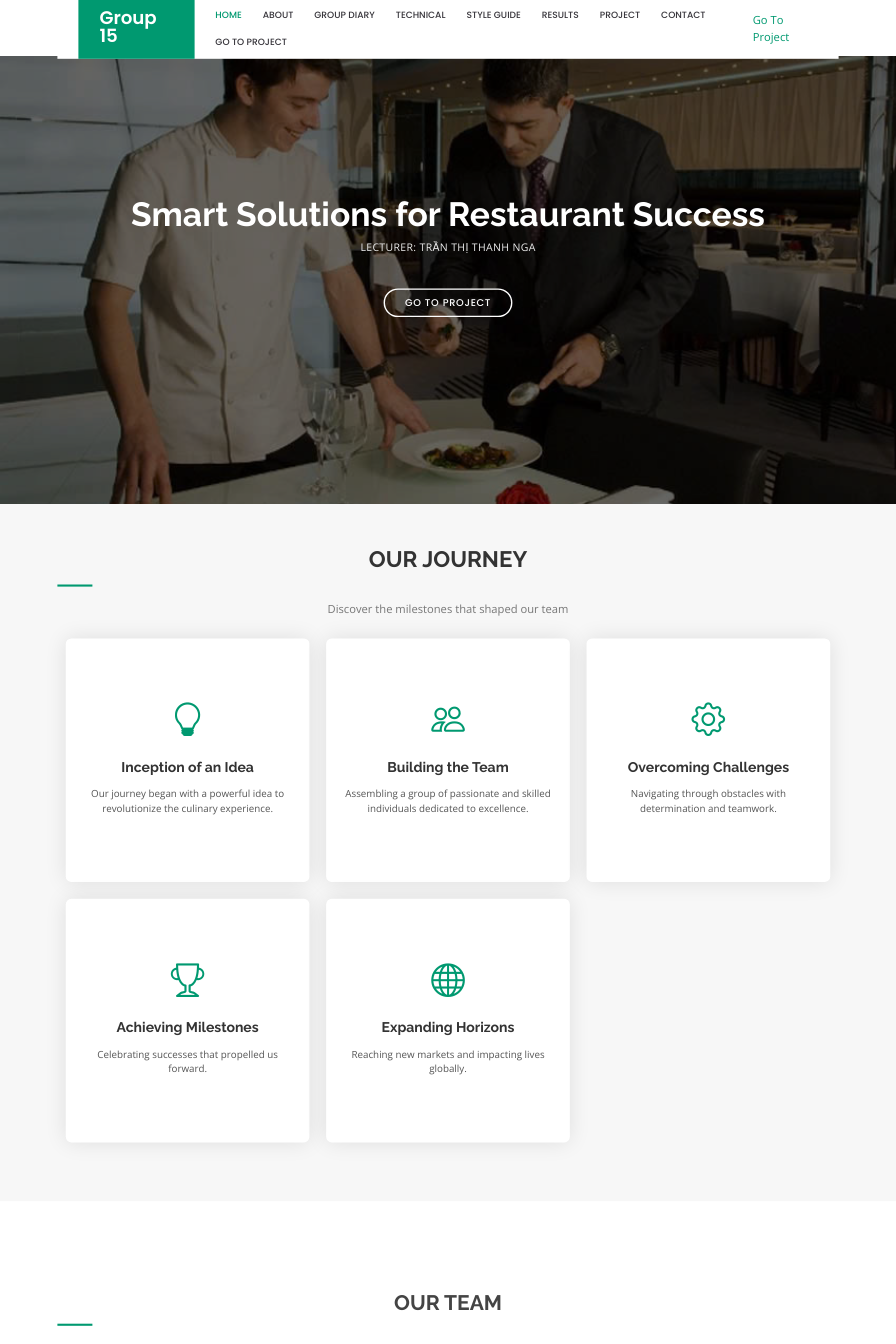
Repository: HoangKhangKhuPho4/Group_Web
Page: index.html
The author's editor kept a copy of each file at every save. The page is drawn from the files as they stood at one save, then again after the next save.
The browser window is 1280 px wide. The pictures show the part of the page from y = 0 to 1920 px (the page is 2787 px tall), at 70% of full size.
Backgrounds fixed to the window are drawn as part of the page.

Above is the page before, as saved 2024-12-06 15:30:47.

### index.html
<!DOCTYPE html>
<html lang="en">
  <head>
    <!-- Google Tag Manager -->
    <script>
      (function (w, d, s, l, i) {
        w[l] = w[l] || [];
        w[l].push({ "gtm.start": new Date().getTime(), event: "gtm.js" });
        var f = d.getElementsByTagName(s)[0],
          j = d.createElement(s),
          dl = l != "dataLayer" ? "&l=" + l : "";
        j.async = true;
        j.src = "https://www.googletagmanager.com/gtm.js?id=" + i + dl;
        f.parentNode.insertBefore(j, f);
      })(window, document, "script", "dataLayer", "GTM-KP2R47JB");
    </script>
    <!-- End Google Tag Manager -->

    <meta name="google-site-verification" content="EO8Nf8U0RywdH3XDIGdBO9ayEUmYV3Sa4KyZ9BoOK-Y" />
    <meta charset="utf-8" />
    <meta content="width=device-width, initial-scale=1.0" name="viewport" />
    <meta name="google-site-verification" content="NlS1kOlcOLN_zi65x2N4-Xf35p3_Yhxgn-Sx0oEMzRE" />

    <title>Group 15</title>
    <meta content="" name="description" />
    <meta content="" name="keywords" />

    <!-- Favicons -->
    <link href="assets/img/favicon.png" rel="icon" />
    <link href="assets/img/apple-touch-icon.png" rel="apple-touch-icon" />

    <!-- Google Fonts -->
    <link
      href="https://fonts.googleapis.com/css?family=Open+Sans:300,300i,400,400i,600,600i,700,700i|Raleway:300,300i,400,400i,500,500i,600,600i,700,700i|Poppins:300,300i,400,400i,500,500i,600,600i"
      rel="stylesheet"
    />

    <!-- Vendor CSS Files -->
    <link href="assets/vendor/aos/aos.css" rel="stylesheet" />
    <link href="assets/vendor/bootstrap/css/bootstrap.min.css" rel="stylesheet" />
    <link href="assets/vendor/bootstrap-icons/bootstrap-icons.css" rel="stylesheet" />
    <link href="assets/vendor/boxicons/css/boxicons.min.css" rel="stylesheet" />
    <link href="assets/vendor/glightbox/css/glightbox.min.css" rel="stylesheet" />
    <link href="assets/vendor/remixicon/remixicon.css" rel="stylesheet" />
    <link href="assets/vendor/swiper/swiper-bundle.min.css" rel="stylesheet" />

    <!-- Template Main CSS File -->
    <link href="assets/css/style.css" rel="stylesheet" />

    <!-- Custom CSS -->
     <style>

     </style>
    <style></style>
  </head>

  <body>
    <!-- Google Tag Manager (noscript) -->
    <noscript>
      <iframe src="https://www.googletagmanager.com/ns.html?id=GTM-KP2R47JB" height="0" width="0" style="display: none; visibility: hidden"></iframe>
    </noscript>
    <!-- End Google Tag Manager (noscript) -->

    <!-- ======= Header ======= -->
    <header id="header" class="fixed-top d-flex align-items-center">
      <div class="container">
        <div class="header-container d-flex align-items-center justify-content-between">
          <div class="logo">
            <h1 class="text-light">
              <a href="index.html"><span>Group 15</span></a>
            </h1>
          </div>

          <nav id="navbar" class="navbar">
            <ul>
              <li><a class="nav-link scrollto active" href="index.html">Home</a></li>
              <li><a class="nav-link scrollto" href="about.html">About</a></li>
              <li><a class="nav-link scrollto" href="groupDiary.html">Group Diary</a></li>
              <li><a class="nav-link scrollto" href="technical.html">Technical</a></li>
              <li><a class="nav-link scrollto" href="styleguide.html">Style Guide</a></li>
              <li><a class="nav-link scrollto" href="results.html">Results</a></li>
              <li><a class="nav-link scrollto" href="project.html">Project</a></li>
              <li><a class="nav-link scrollto" href="contact.html">Contact</a></li>
            </ul>
            <!-- Bọc nút trong div với lớp cta-container -->
            <div class="cta-container">
              <a href="https://hoangkhangkhupho4.github.io/Project_Web/" target="_blank" class="btn-get-started scrollto">
                Go To Project
              </a>
            </div>
          </nav>
          <div class="cta-container">
            <a href="https://hoangkhangkhupho4.github.io/Project_Web/" target="_blank" class="btn-get-started scrollto">
              Go To Project
            </a>
          </div>
          <!-- .navbar -->
        </div>
        <!-- End Header Container -->
      </div>
    </header>
    <!-- End Header -->

    <!-- Bắt đầu phần nội dung chính -->
    <div class="content-wrap">
      <!-- ======= Hero Section ======= -->
      <section id="hero" class="d-flex align-items-center" style="padding-top: 80px">
        <div class="container text-center position-relative" data-aos="fade-in" data-aos-delay="200">
          <h1>Smart Solutions for Restaurant Success</h1>
          <h2>Lecturer: Trần Thị Thanh Nga</h2>
          <!-- Bọc nút trong div với lớp cta-container -->
          <div class="cta-container">
            <a href="https://hoangkhangkhupho4.github.io/Project_Web/" target="_blank" class="btn-get-started scrollto">
              Go To Project
            </a>
          </div>
        </div>
      </section>
      <!-- End Hero -->

      <main id="main">
        <!-- ======= Our Journey Section ======= -->
        <section id="our-team-story" class="our-team-story">
          <div class="container" data-aos="fade-up">
            <div class="section-title text-center">
              <h2>Our Journey</h2>
              <p>Discover the milestones that shaped our team</p>
            </div>

            <div class="story-container">
              <div class="row">
                <!-- Story Item 1 -->
                <div class="col-lg-4 col-md-6 mb-4">
                  <div class="story-item" data-aos="fade-up" data-aos-delay="100">
                    <div class="icon-box">
                      <div class="icon">
                        <i class="bi bi-lightbulb"></i>
                      </div>
                      <h4 class="title">Inception of an Idea</h4>
                      <p class="description">
                        Our journey began with a powerful idea to revolutionize the culinary experience.
                      </p>
                    </div>
                  </div>
                </div>

                <!-- Story Item 2 -->
                <div class="col-lg-4 col-md-6 mb-4">
                  <div class="story-item" data-aos="fade-up" data-aos-delay="200">
                    <div class="icon-box">
                      <div class="icon">
                        <i class="bi bi-people"></i>
                      </div>
                      <h4 class="title">Building the Team</h4>
                      <p class="description">
                        Assembling a group of passionate and skilled individuals dedicated to excellence.
                      </p>
                    </div>
                  </div>
                </div>

                <!-- Story Item 3 -->
                <div class="col-lg-4 col-md-6 mb-4">
                  <div class="story-item" data-aos="fade-up" data-aos-delay="300">
                    <div class="icon-box">
                      <div class="icon">
                        <i class="bi bi-gear"></i>
                      </div>
                      <h4 class="title">Overcoming Challenges</h4>
                      <p class="description">
                        Navigating through obstacles with determination and teamwork.
                      </p>
                    </div>
                  </div>
                </div>

                <!-- Story Item 4 -->
                <div class="col-lg-4 col-md-6 mb-4">
                  <div class="story-item" data-aos="fade-up" data-aos-delay="400">
                    <div class="icon-box">
                      <div class="icon">
                        <i class="bi bi-trophy"></i>
                      </div>
                      <h4 class="title">Achieving Milestones</h4>
                      <p class="description">
                        Celebrating successes that propelled us forward.
                      </p>
                    </div>
                  </div>
                </div>

                <!-- Story Item 5 -->
                <div class="col-lg-4 col-md-6 mb-4">
                  <div class="story-item" data-aos="fade-up" data-aos-delay="500">
                    <div class="icon-box">
                      <div class="icon">
                        <i class="bi bi-globe"></i>
                      </div>
                      <h4 class="title">Expanding Horizons</h4>
                      <p class="description">
                        Reaching new markets and impacting lives globally.
                      </p>
                    </div>
                  </div>
                </div>
              </div>
            </div>
          </div>
        </section>
        <!-- End Our Journey Section -->

        <!-- ======= Our Team Section ======= -->
        <section id="portfolio-details" class="portfolio-details" style="margin-top: 4%">
          <div class="container">
            <div class="section-title text-center">
              <h2 style="font-size: 30px; padding: 15px 30px">
                <b>OUR TEAM</b>
              </h2>
            </div>

            <div class="row gy-4">
              <div class="col-lg-6">
                <div class="portfolio-details-slider swiper">
                  <div class="swiper-wrapper align-items-center">
                    <div class="swiper-slide">
                      <img src="assets/img/portfolio/portfolio-details-1.jpg" alt="" />
                    </div>

                    <div class="swiper-slide">
                      <img src="assets/img/portfolio/portfolio-details-2.jpg" alt="" />
                    </div>

                    <div class="swiper-slide">
                      <img src="assets/img/portfolio/portfolio-details-3.jpg" alt="" />
                    </div>
                  </div>
                  <div class="swiper-pagination"></div>
                </div>
              </div>

              <div class="col-lg-6">
                <div class="portfolio-info">
                  <h3>Group Information</h3>
                  <ul>
                    <li><strong>Group Name</strong>: Group 15</li>
                    <li><strong>Number of Members</strong>: 5 members</li>
                    <li><strong>Specialization</strong>: Information Technology - IT</li>
                    <li><strong>University</strong>: Ho Chi Minh City University of Agriculture and Forestry.</li>
                    <li><strong>Slogan</strong>: "Together we innovate, together we succeed."</li>
                  </ul>
                </div>
              </div>
            </div>
          </div>
        </section>
        <!-- End Our Team Section -->
      </main>
      <!-- End #main -->
    </div>
    <!-- Kết thúc phần nội dung chính -->

    <!-- ======= Footer ======= -->
    <footer id="footer">
      <!-- ... (giữ nguyên nội dung footer) ... -->
      <div class="footer-container">
        <div class="footer-column">
          <h4>About Us</h4>
          <p>
            We are a team of passionate individuals dedicated to delivering the
            best services to our clients. Our mission is to provide innovative
            solutions and exceptional customer service.
          </p>
        </div>
        <div class="footer-column">
          <h4>Useful Links</h4>
          <ul>
            <li><a href="index.html">Home</a></li>
            <li><a href="about.html">About Us</a></li>
            <li><a href="services.html">Services</a></li>
            <li><a href="terms.html">Terms of Service</a></li>
            <li><a href="privacy.html">Privacy Policy</a></li>
          </ul>
        </div>
        <div class="footer-column">
          <h4>Services</h4>
          <ul>
            <li><a href="#">Web Design</a></li>
            <li><a href="#">Web Development</a></li>
            <li><a href="#">Marketing</a></li>
            <li><a href="#">Graphic Design</a></li>
            <li><a href="#">Technical Support</a></li>
          </ul>
        </div>
        <div class="footer-column">
          <h4>Contact Us</h4>
          <p>
            123 ABC Street, XYZ District<br />
            City, Country<br />
            Phone: +84 123 456 789<br />
            Email: info@example.com
          </p>
        </div>
      </div>
      <div class="footer-bottom">
        <div class="container d-md-flex py-4">
          <div class="me-md-auto text-center text-md-start">
            <div class="copyright">
              &copy; Copyright <strong><span>Group 15</span></strong>. All Rights Reserved
            </div>
            <div class="credits">Designed by <a href="#">Group 15</a></div>
          </div>
          <div class="social-links text-center text-md-right pt-3 pt-md-0">
            <a href="#" class="twitter" title="Twitter"><i class="bx bxl-twitter"></i></a>
            <a href="#" class="facebook" title="Facebook"><i class="bx bxl-facebook"></i></a>
            <a href="#" class="instagram" title="Instagram"><i class="bx bxl-instagram"></i></a>
            <a href="#" class="google-plus" title="Skype"><i class="bx bxl-skype"></i></a>
            <a href="#" class="linkedin" title="LinkedIn"><i class="bx bxl-linkedin"></i></a>
          </div>
        </div>
      </div>
    </footer>
    <!-- End Footer -->

    <!-- Back to Top -->
    <a href="#" class="back-to-top d-flex align-items-center justify-content-center"><i class="bi bi-arrow-up-short"></i></a>

    <!-- Vendor JS Files -->
    <script src="assets/vendor/aos/aos.js"></script>
    <script src="assets/vendor/bootstrap/js/bootstrap.bundle.min.js"></script>
    <script src="assets/vendor/purecounter/purecounter.js"></script>
    <script src="assets/vendor/glightbox/js/glightbox.min.js"></script>
    <script src="assets/vendor/isotope-layout/isotope.pkgd.min.js"></script>
    <script src="assets/vendor/swiper/swiper-bundle.min.js"></script>
    <!-- Template Main JS File -->
    <script src="assets/js/main.js"></script>

    <!-- Initialize AOS -->
    <script>
      AOS.init({
        duration: 1000,
        once: true,
      });
    </script>
  </body>
</html>

Loaded but not shown: assets/vendor/aos/aos.css (library); assets/vendor/bootstrap/css/bootstrap.min.css (library); assets/vendor/bootstrap-icons/bootstrap-icons.css (library); assets/vendor/boxicons/css/boxicons.min.css (library); assets/vendor/glightbox/css/glightbox.min.css (library); assets/vendor/remixicon/remixicon.css (library); assets/vendor/swiper/swiper-bundle.min.css (library); assets/vendor/aos/aos.js (library); assets/vendor/bootstrap/js/bootstrap.bundle.min.js (library); assets/vendor/purecounter/purecounter.js (library); assets/vendor/glightbox/js/glightbox.min.js (library); assets/vendor/isotope-layout/isotope.pkgd.min.js (library); assets/vendor/swiper/swiper-bundle.min.js (library); assets/js/main.js (252 lines, source omitted); assets/css/style.css (862 lines, source omitted)

After the next save:
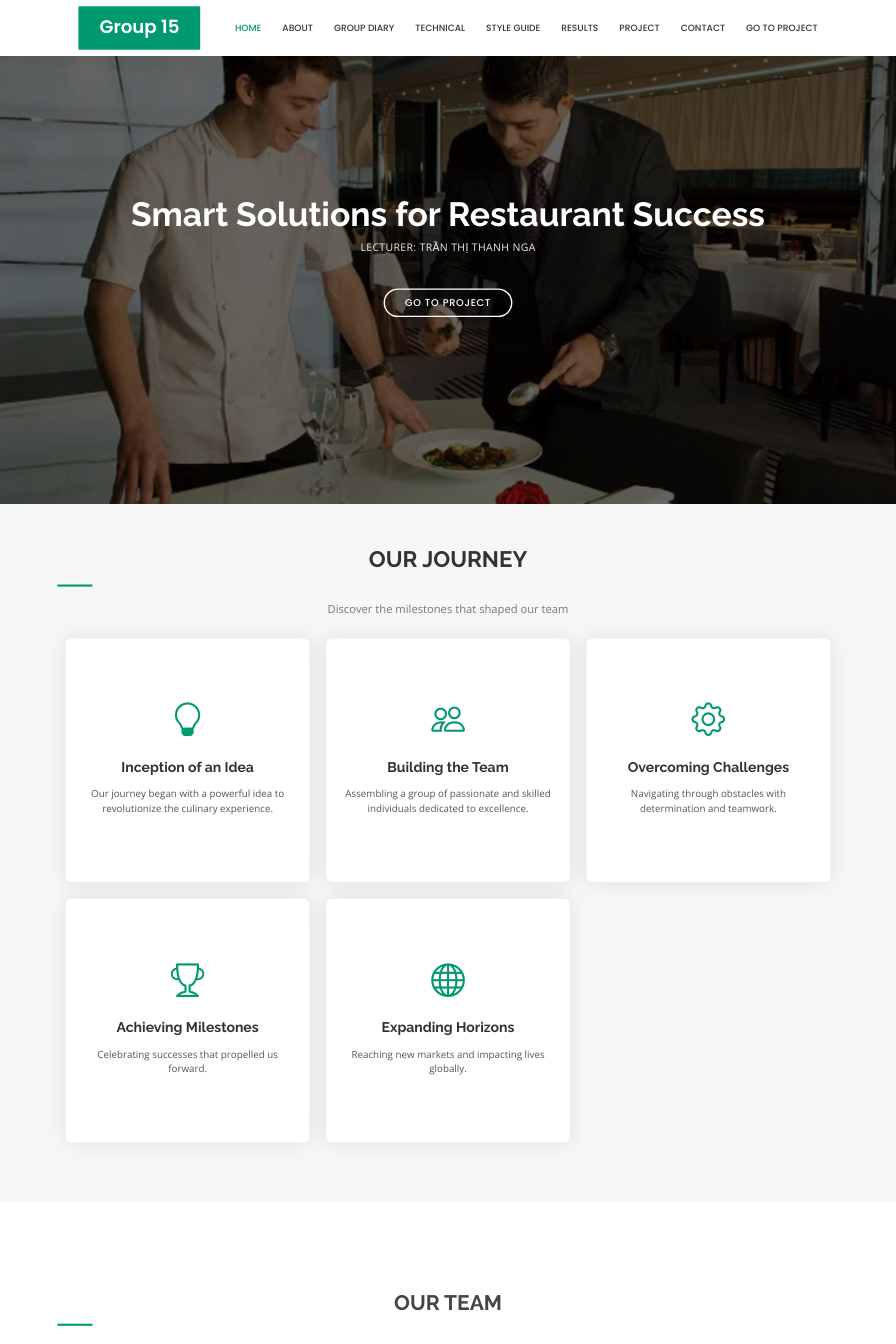
Saved 6 s later.
--- a/index.html
+++ b/index.html
@@ -89,11 +89,7 @@
               </a>
             </div>
           </nav>
-          <div class="cta-container">
-            <a href="https://hoangkhangkhupho4.github.io/Project_Web/" target="_blank" class="btn-get-started scrollto">
-              Go To Project
-            </a>
-          </div>
+
           <!-- .navbar -->
         </div>
         <!-- End Header Container -->
